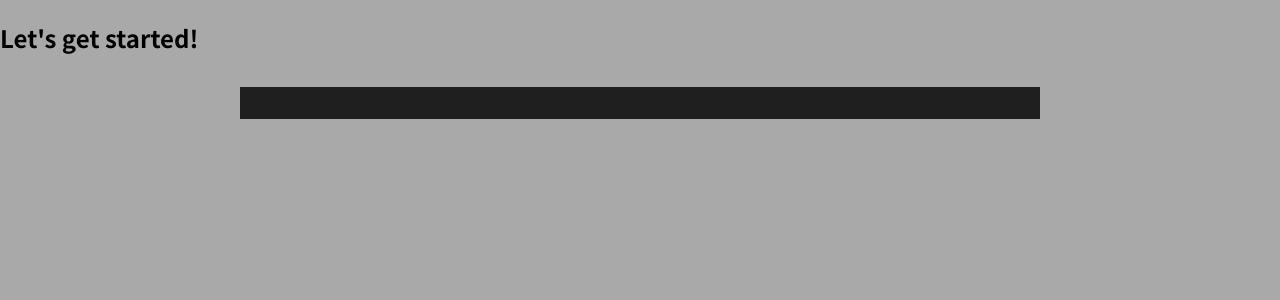
Repository: otvertka/MSC
Page: /
An editor plug-in stored every save of this project. The page is shown before and after the next save, followed by the edit.
The browser window is 1280 px wide. The pictures show the whole page.
The project was rebuilt for these pictures with package versions that can differ from the ones it lists, and the page was loaded fresh each time. Also part of the build but not shown: src/components/ExpenseDate.css, src/components/ExpenseDate.js, src/components/ExpenseItem.css.

Above is the page before, as saved 2023-06-19 10:07:30.

After the next save:
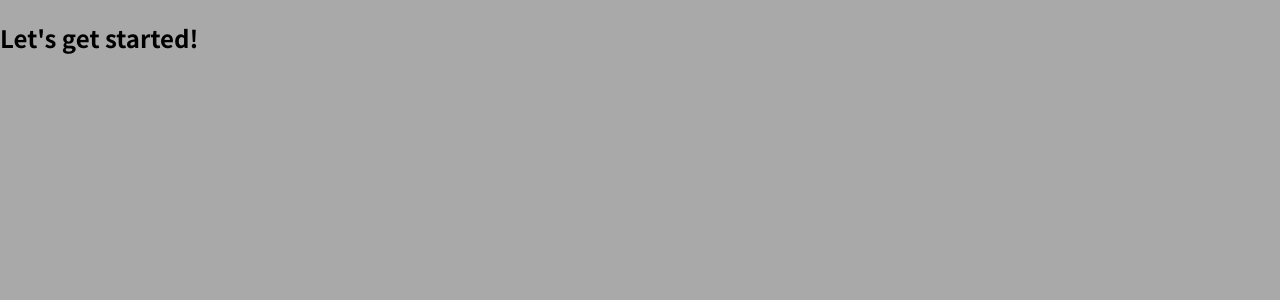
Saved 74 s later.
--- a/src/components/Expenses.js
+++ b/src/components/Expenses.js
@@ -2,10 +2,11 @@ import React from "react";
 import ExpenseItem from "./ExpenseItem";
 
 import "./Expenses.css";
+import Card from "./Card";
 
 function Expenses(props) {
   return (
-    <div className="expenses">
+    <Card className="expenses">
       <ExpenseItem
         title={props.items[0].title}
         amount={props.items[0].amount}
@@ -26,7 +27,7 @@ function Expenses(props) {
         amount={props.items[3].amount}
         date={props.items[3].date}
       />
-    </div>
+    </Card>
   );
 }
 
